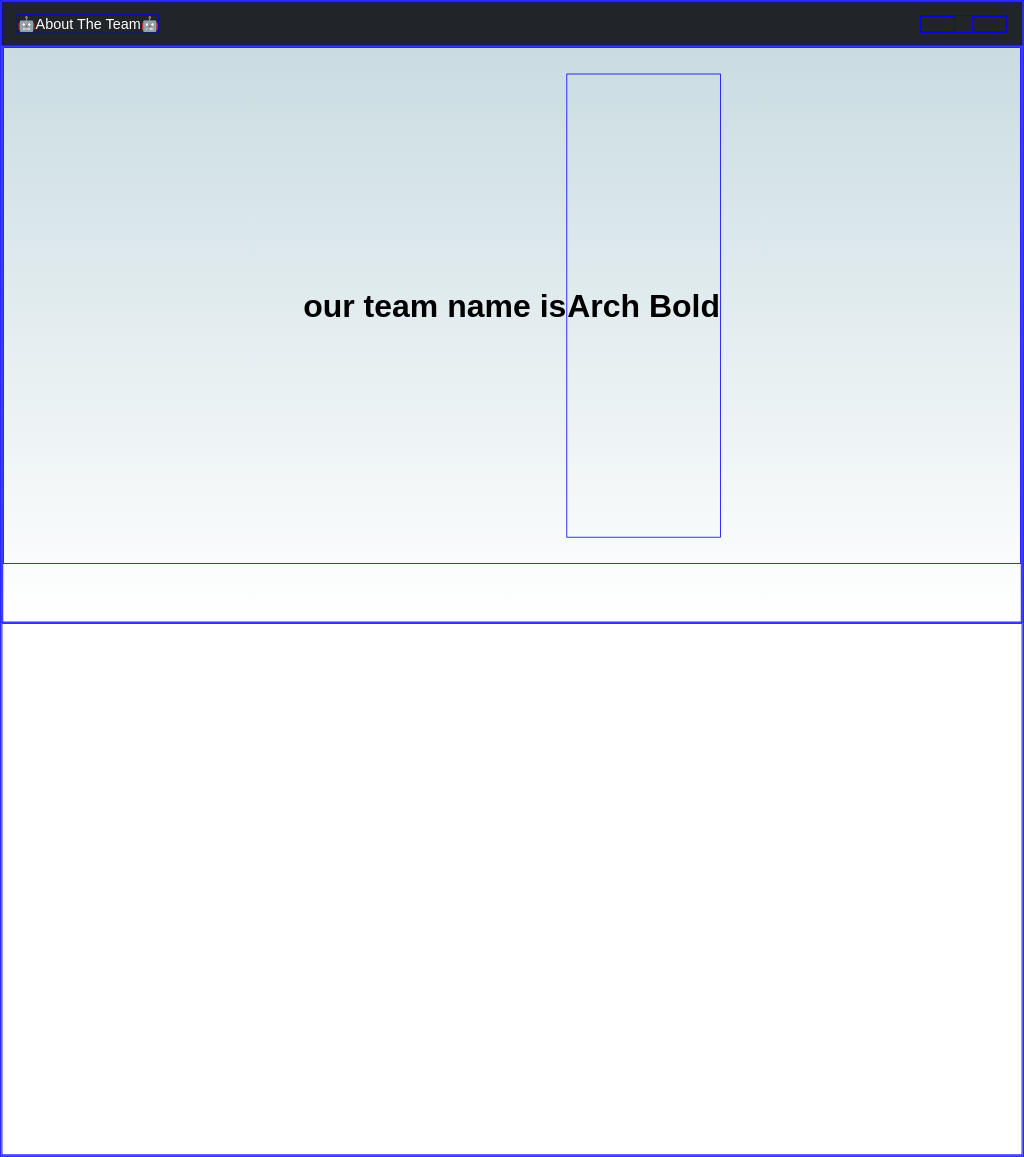
Repository: ammarsetiawan/gps-traker
Page: about.html
An editor plug-in stored every save of this project. The page is shown before and after the next save, followed by the edit.
The browser window is 1280 px wide. The pictures show the whole page, at 80% of full size.

Above is the page before, as saved 2025-11-25 17:14:07.

### about.html
<!DOCTYPE html>
<html lang="en">

<head>
    <meta charset="UTF-8">
    <meta name="viewport" content="width=device-width, initial-scale=1.0">
    <title>GPS Tracking</title>
    <link rel="stylesheet" href="https://unpkg.com/leaflet/dist/leaflet.css" />


</head>
<style>
    * {
        margin: 0;
        padding: 0;
        box-sizing: border-box;
        font-family: Arial, sans-serif;
        border: blue 1px solid;
    }

    body {
        background: #fff;
    }

    /* NAVBAR */
    nav {
        background-color: #212529;
        height: 55px;
        display: flex;
        align-items: center;
        padding: 0 18px;
        position: relative;
    }

    nav .brand {
        font-size: 18px;
        font-weight: 500;
        color: white;
    }

    nav ul {
        list-style: none;
        display: flex;
        gap: 20px;
        margin-left: auto;
    }

    nav ul li a {
        text-decoration: none;
        color: rgba(255, 255, 255, 0.8);
        font-size: 15px;
        transition: .2s;
        opacity: 0;
    }

    nav ul li a:hover {
        color: white;
        opacity: 1;
    }

    /* ----- style page ----- */

    .background {
        background: linear-gradient(to bottom, rgba(73, 136, 155, 0.295), rgba(92, 92, 88, 0));
        width: 100%;
        height: 100dvh;
    }

    .container,
    span {
        height: 90%;
        display: flex;
        justify-content: center;
        align-items: center;
        font-size: 40px;
        font-weight: bold;
        font-family: "Comic Sans MS", "Comic Sans", cursive, sans-serif;
    }

    #menuBtn {
        display: none;
        margin-left: auto;
        background: transparent;
        border: 1px solid rgba(255, 255, 255, 0.5);
        padding: 6px 10px;
        border-radius: 6px;
        cursor: pointer;
    }

    #menuBtn div {
        width: 18px;
        height: 2px;
        background: white;
        margin: 4px 0;
        transition: .3s;

    }

    /* ----- Responsive menu collapse ----- */
    @media (max-width: 768px) {
        nav ul {
            position: absolute;
            top: 55px;
            right: 0;
            background: #212529;
            width: 160px;
            flex-direction: column;
            padding: 10px;
            display: none;
            border-bottom-left-radius: 10px;
        }

        #menuBtn {
            display: block;

        }
    }

    /* Map area (placeholder section) */
    #content {
        height: calc(100vh - 55px);
        width: 100%;
        background: white;
    }
</style>

<body>

    <nav>
        <h2 class="brand">🤖About The Team🤖 </h2>

        <button id="menuBtn">
            <div></div>
            <div></div>
            <div></div>
        </button>

        <ul id="menu">
            <li><a href="index.html">Home</a></li>
            <li><a href="#">About</a></li>
        </ul>
    </nav>
    <section class="bg">
        <div class="background">
            <div class="container">
                our team name is <span>Arch Bold</span>
            </div>
        </div>
    </section>

    <div id="content"></div> <!-- ini nanti bisa jadi map atau konten lain -->

    <script>
        const btn = document.getElementById("menuBtn");
        const menu = document.getElementById("menu");
        let open = false;

        btn.addEventListener("click", () => {
            open = !open;
            menu.style.display = open ? "flex" : "none";
            menu.style.opacity = "0.8";
            menu.style.transition = "ease-in-out 1s"
        });
    </script>

</body>

</html>

After the next save:
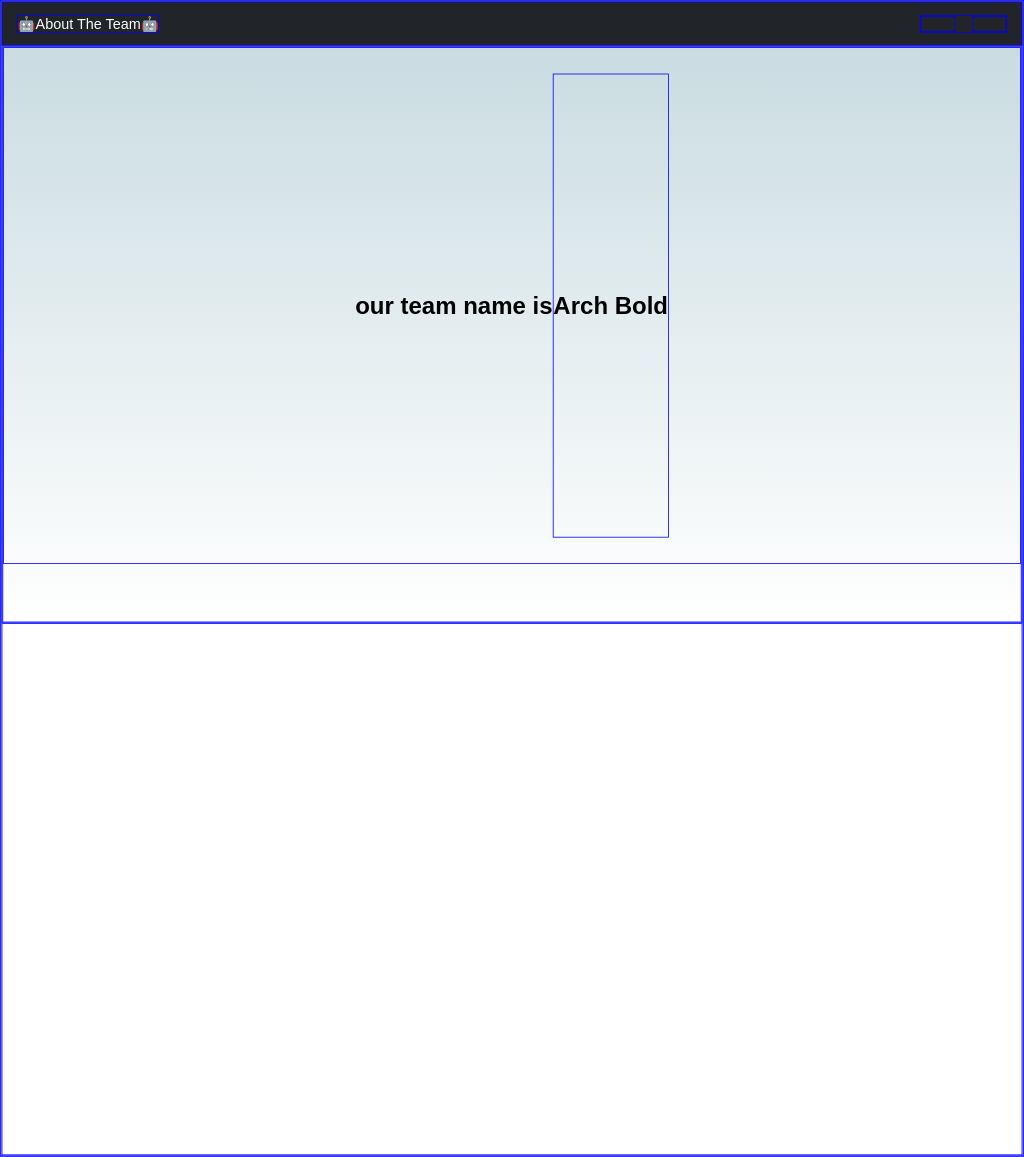
Saved 5 s later.
--- a/about.html
+++ b/about.html
@@ -72,7 +72,7 @@
         display: flex;
         justify-content: center;
         align-items: center;
-        font-size: 40px;
+        font-size: 30px;
         font-weight: bold;
         font-family: "Comic Sans MS", "Comic Sans", cursive, sans-serif;
     }
